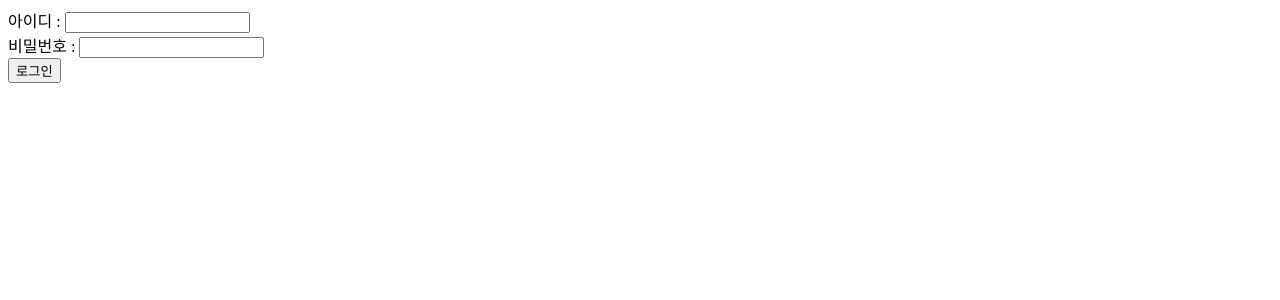
Repository: KimHyeonJun1/Study_Web302
Page: 01.Servlet01/src/main/webapp/loginForm.html
The author's editor kept a copy of each file at every save. The page is drawn from the files as they stood at one save, then again after the next save.
The browser window is 1280 px wide. The pictures show the whole page.

Above is the page before, as saved 2024-06-20 07:43:00.

After the next save:
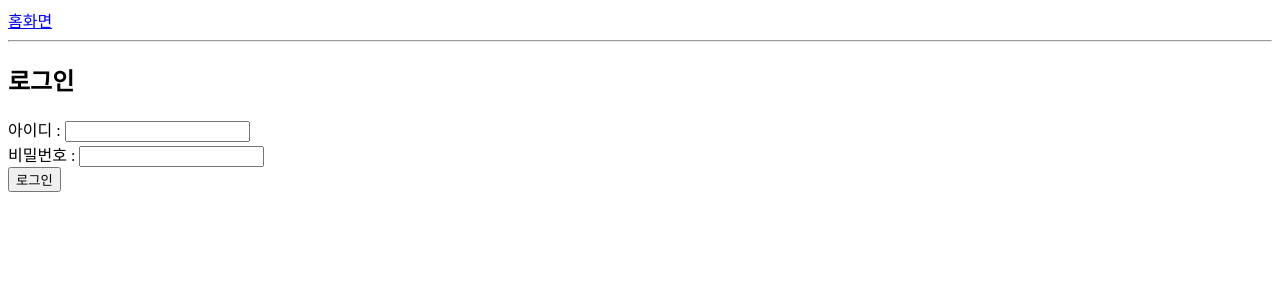
Saved 27 s later.
--- a/01.Servlet01/src/main/webapp/loginForm.html
+++ b/01.Servlet01/src/main/webapp/loginForm.html
@@ -5,6 +5,9 @@
 <title>Insert title here</title>
 </head>
 <body>
+<a href="index.html">홈화면</a>
+<hr>
+<h2>로그인</h2>
 <!-- 입력태그의 입력밧을 서버에 전송하려면
 	입력태그들은 form 태그 내에 있어야 한다.
 	form태그가 전송될때 입력값들이 전송되려면 반드시 name 속성이 있어야만 한다
